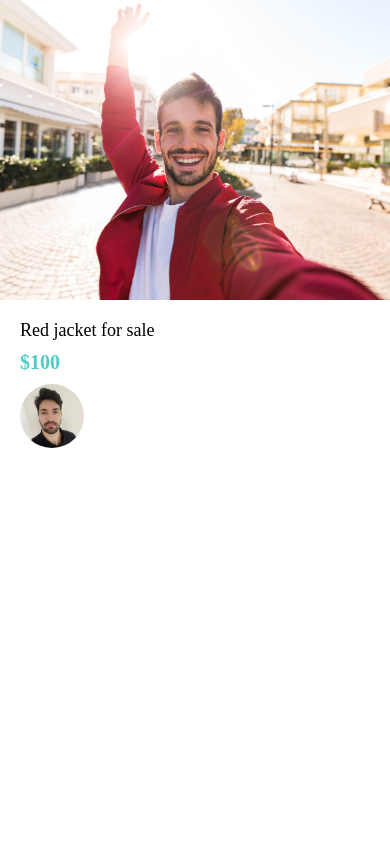
Repository: georgehgfonseca/F05-Trena-Native
Screen: /
An editor plug-in stored every save of this project. The screen is shown before and after the next save, followed by the edit.
The app was drawn by React Native's web renderer in a window 390 px wide. The project was rebuilt for these pictures with package versions that can differ from the ones it lists, and the page was loaded fresh each time.

Above is the screen before, as saved 2022-10-13 16:00:16.

After the next save:
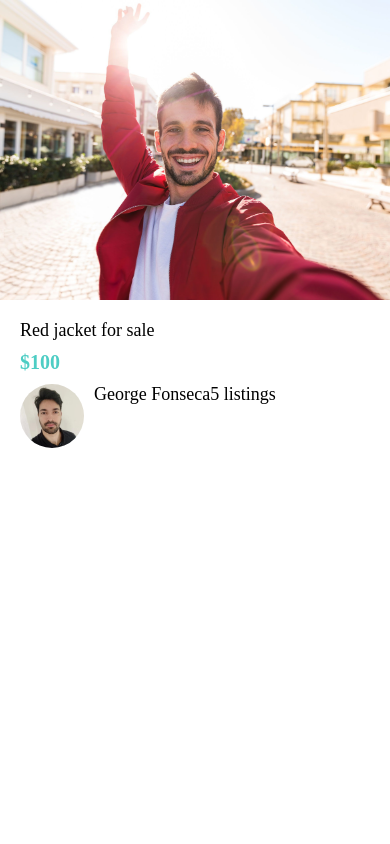
Saved 56 s later.
--- a/app/components/ListItem.tsx
+++ b/app/components/ListItem.tsx
@@ -1,5 +1,6 @@
 import React from "react";
 import { View, StyleSheet, Image, ImageSourcePropType } from "react-native";
+import AppText from "./AppText";
 
 interface ListItemProps {
   title: string;
@@ -10,6 +11,12 @@ function ListItem({ title, subTitle, image }: ListItemProps) {
   return (
     <View style={styles.container}>
       <Image style={styles.image} source={image}></Image>
+      <View>
+        <AppText>{title}</AppText>
+      </View>
+      <View>
+        <AppText>{subTitle}</AppText>
+      </View>
     </View>
   );
 }
